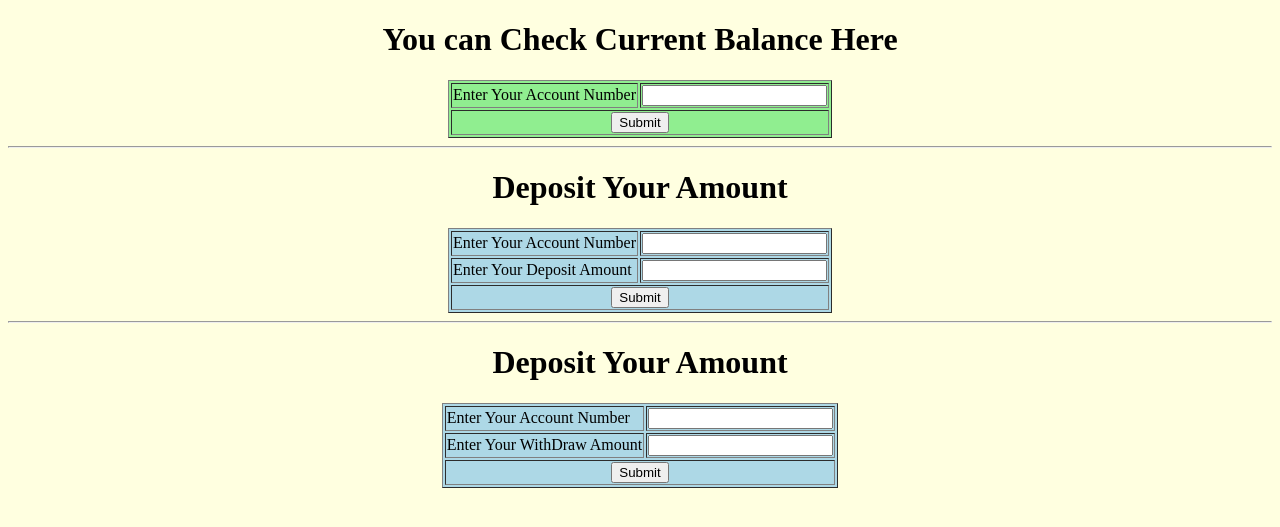
Repository: rukmini10/DXC
Page: DXC_MAVEN/Account/src/main/webapp/deposit.html
These files come from the project's save history. The page is drawn as it stood at one moment and after the next save; the edit follows.
The browser window is 1280 px wide. The pictures show the whole page.

Above is the page before, as saved 2022-05-07 18:36:35.

### DXC_MAVEN/Account/src/main/webapp/deposit.html
<!DOCTYPE html>
<!--
To change this license header, choose License Headers in Project Properties.
To change this template file, choose Tools | Templates
and open the template in the editor.
-->
<html>
    <head>
        <title>Deposit | WithDraw</title>
        <meta charset="UTF-8">
        <meta name="viewport" content="width=device-width, initial-scale=1.0">
    </head>
    <body bgcolor="lightyellow">
    <center>
        <div>
            <h1>You can Check Current Balance Here</h1>
            <form method="post" action="check_balance.jsp">
                <table border="1" bgcolor="lightgreen">
                    <tr>
                        <td><label>Enter Your Account Number</label></td><td><input type="text" name="ano"></td>
                    </tr>
                    <tr>
                        <td colspan="2" align="center"><input type="submit" value="Submit"></td>
                    </tr>
                </table>
            </form>
        </div>



            <hr>
            <div>
            <h1>Deposit Your Amount</h1>
            <form method="post" action="update_deposit.jsp">
              <table border="1" bgcolor="lightblue">
                  <tr>
                        <td><label>Enter Your Account Number</label></td><td><input type="text" name="ano"></td></tr>
                    <tr>
                        <td><label>Enter Your Deposit Amount</label></td><td><input type="text" name="amt"></td>
                    </tr>
                                        <td colspan="2" align="center"><input type="Submit" value="Submit"></td>
                    </tr>
                </table>
            </form>
        </div>



            <hr>
            <div>
            <h1>Deposit Your Amount</h1>
            <form method="post" action="withdraw.jsp">
              <table border="1" bgcolor="lightblue">
                  <tr>
                        <td><label>Enter Your Account Number</label></td><td><input type="text" name="ano"></td></tr>
                    <tr>
                        <td><label>Enter Your WithDraw Amount</label></td><td><input type="text" name="amt"></td>
                    </tr>
                                        <td colspan="2" align="center"><input type="Submit" value="Submit"></td>
                    </tr>
                </table>
            </form>
        </div>

    </center>
    </body>
</html>

After the next save:
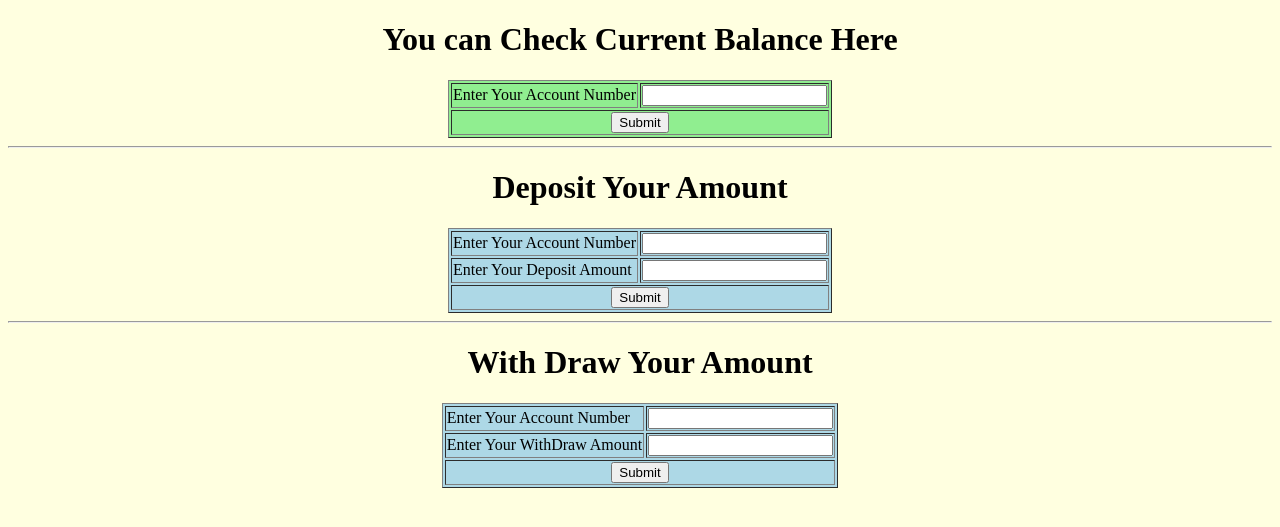
Saved 3 min 28 s later.
--- a/DXC_MAVEN/Account/src/main/webapp/deposit.html
+++ b/DXC_MAVEN/Account/src/main/webapp/deposit.html
@@ -48,7 +48,7 @@ and open the template in the editor.
 
             <hr>
             <div>
-            <h1>Deposit Your Amount</h1>
+            <h1>With Draw Your Amount</h1>
             <form method="post" action="withdraw.jsp">
               <table border="1" bgcolor="lightblue">
                   <tr>
